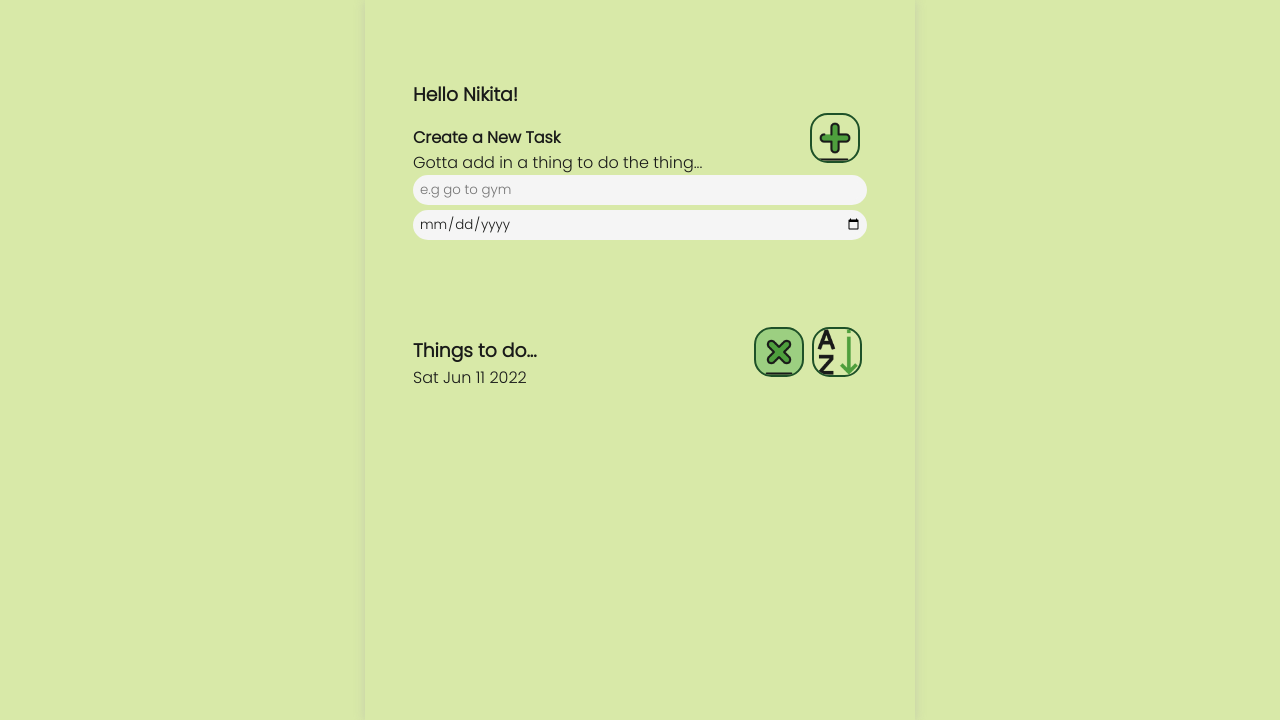
Repository: acidpixie/todo-app-version3
Page: index.html
An editor plug-in stored every save of this project. The page is shown before and after the next save, followed by the edit.
The browser window is 1280 px wide. The pictures show the whole page.
The pointer rests on the first visible `.user-button`.

Above is the page before, as saved 2022-06-20 15:54:29.

After the next save:
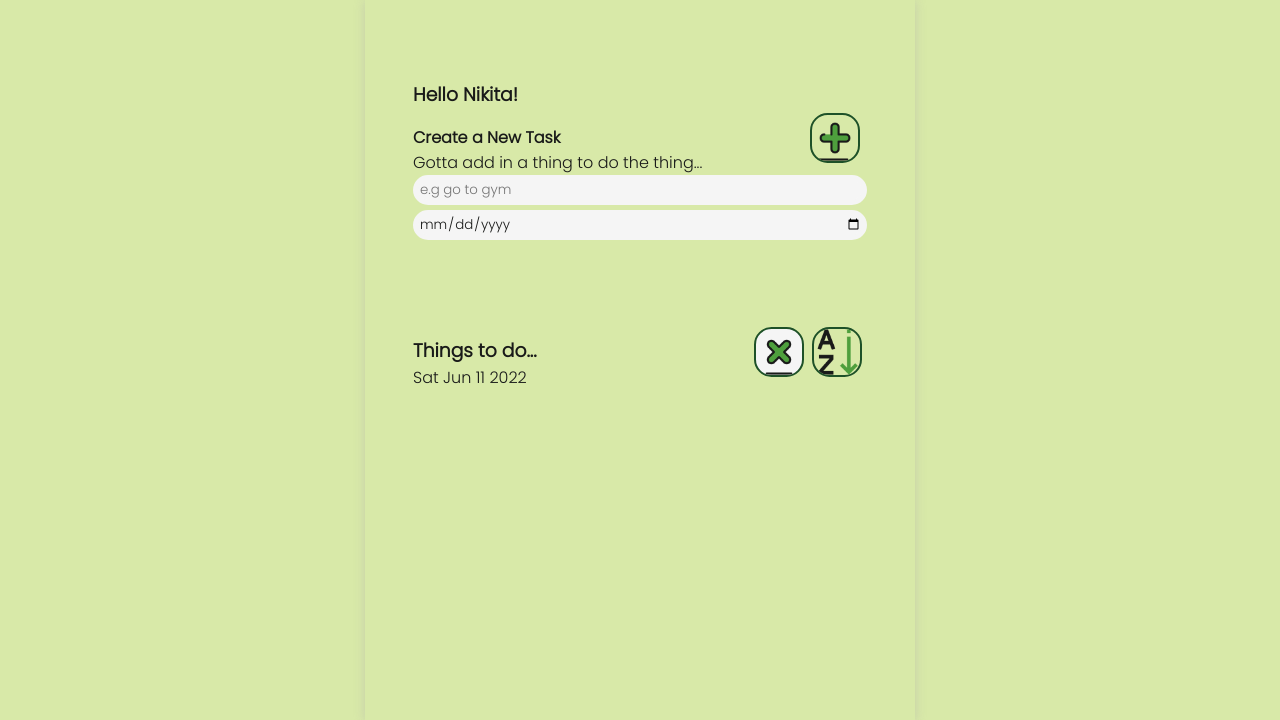
Saved 55 s later.
--- a/css/stylesheet.css
+++ b/css/stylesheet.css
@@ -115,7 +115,7 @@ li {
 }
 
 .user-button:hover {
-    background-color: #9ccf81;
+    background-color: #f5f5f5;
 }
 
 
